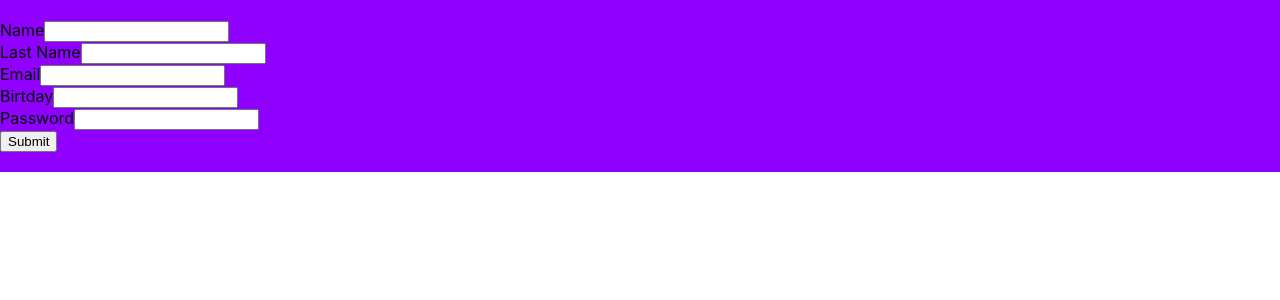
Repository: RobertAries28/CrudUsuarios
Page: /
The author's editor kept a copy of each file at every save. The page is drawn from the files as they stood at one save, then again after the next save.
The browser window is 1280 px wide. The pictures show the whole page.
The page's requests for data from a server got no answer. The project was rebuilt for these pictures with package versions that can differ from the ones it lists, and the page was loaded fresh each time. No one was signed in, and anything a server would have sent is missing.

Above is the page before, as saved 2022-05-23 18:56:45.

After the next save:
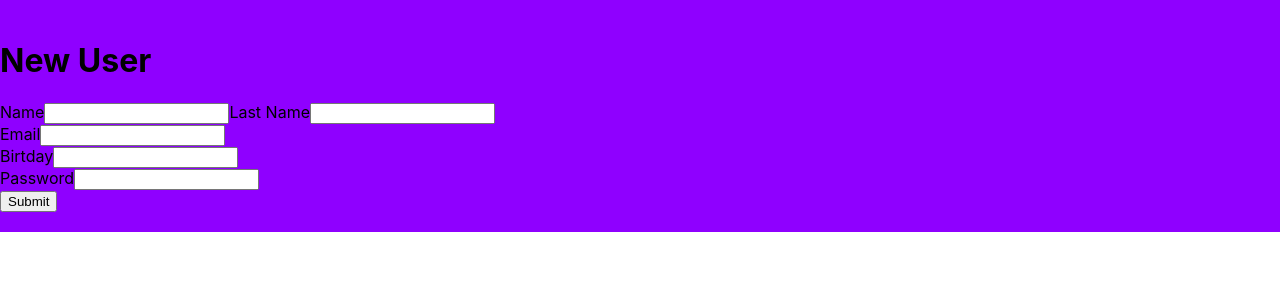
Saved 91 s later.
--- a/src/UsersForm.js
+++ b/src/UsersForm.js
@@ -54,7 +54,7 @@ const UsersForm = ({addUsers,updateUsers,userEdit,selectUsers}) => {
         return (
             <div>
                 <form onSubmit={submit}>
-
+                  <h1>New User</h1>
                 <div>
                       <label htmlFor='name'>Name</label>
                       <input type="text"
@@ -62,8 +62,7 @@ const UsersForm = ({addUsers,updateUsers,userEdit,selectUsers}) => {
                              onChange={e=> setName(e.target.value)}
                                  value={name}
                              />
-                  </div>
-                  <div>
+
                       <label htmlFor='lastname'>Last Name</label>
                       <input type="text"
                              id="lastname"
